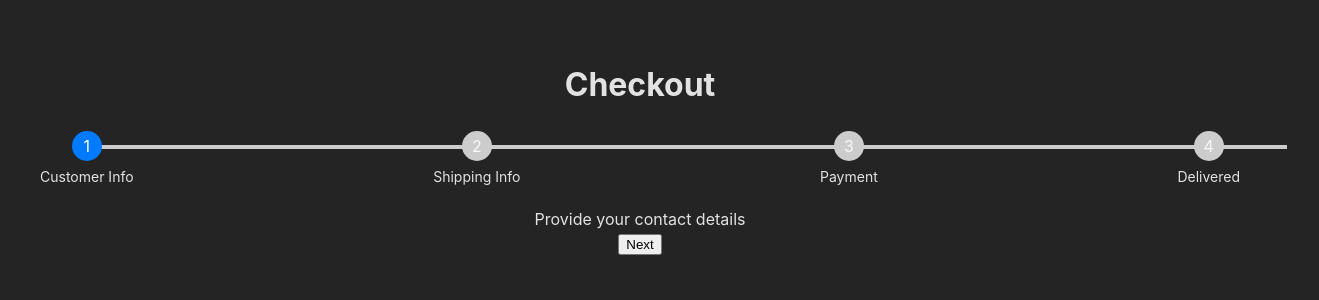
Repository: s-babaeizadeh/stepper-react
Page: /
These files come from the project's save history. The page is drawn as it stood at one moment and after the next save; the edit follows.
The browser window is 1280 px wide. The page is 1287 px wide, then 1319 px, then 1287 px, so the pictures cover 1319 px, including what lies to the right of the window. The pictures show the whole page.
The project was rebuilt for these pictures with package versions that can differ from the ones it lists, and the page was loaded fresh each time. Also part of the build but not shown: vite.config.js.

Above is the page before, as saved 2024-08-10 12:16:31.

After the next save:
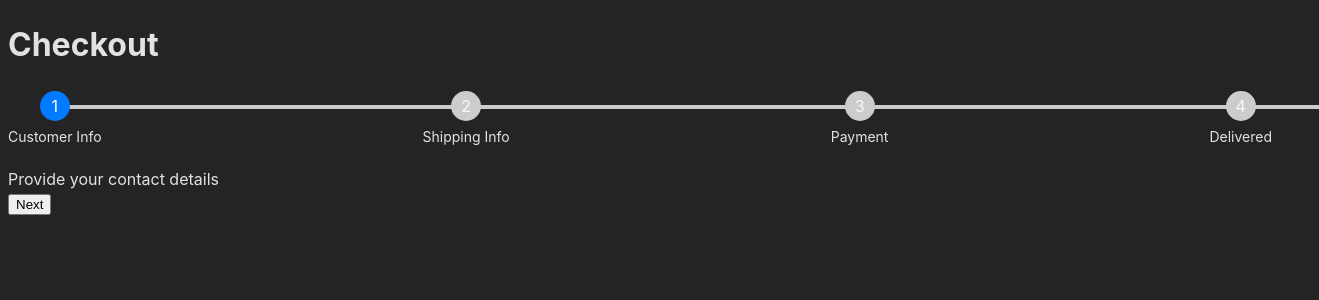
Saved 31 s later.
--- a/src/App.css
+++ b/src/App.css
@@ -1,9 +1,9 @@
-#root {
+/* #root {
   /* max-width: 1280px; */
   margin: 0 auto;
   padding: 2rem;
   text-align: center;
-}
+} */
 
 .step-name {
   font-size: 14px;

After the save that followed:
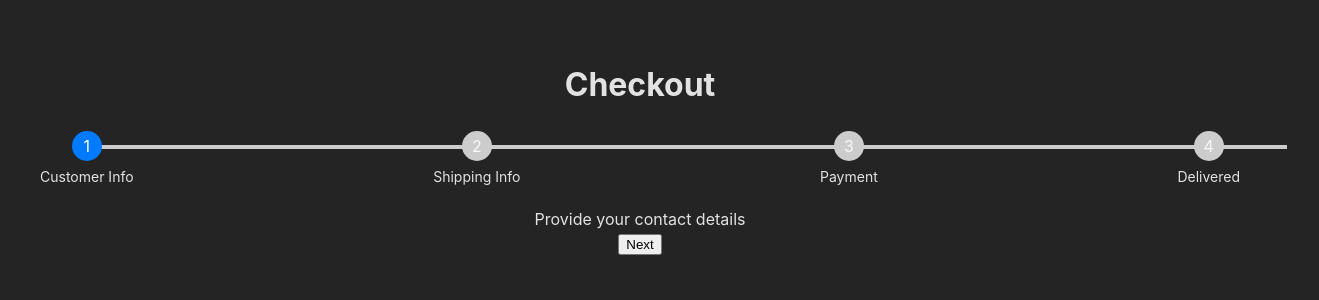
Saved 6 s later.
--- a/src/App.css
+++ b/src/App.css
@@ -1,9 +1,9 @@
-/* #root {
+#root {
   /* max-width: 1280px; */
   margin: 0 auto;
   padding: 2rem;
   text-align: center;
-} */
+}
 
 .step-name {
   font-size: 14px;
